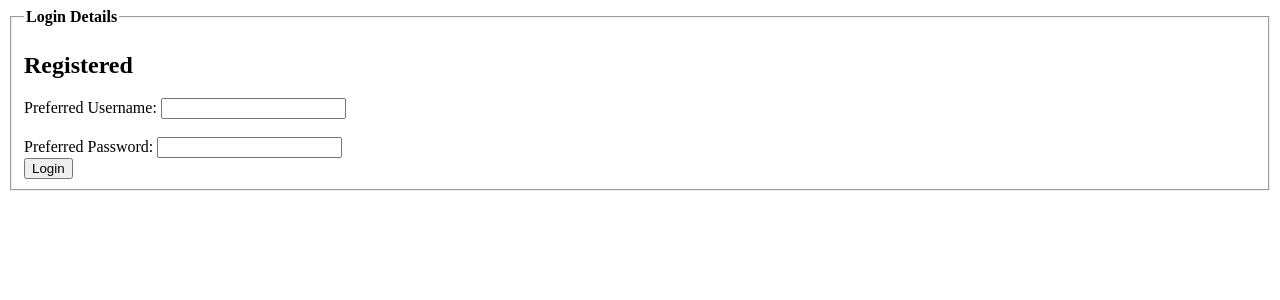
Repository: hizeetech/First-Assignment
Page: login.html
The author's editor kept a copy of each file at every save. The page is drawn from the files as they stood at one save, then again after the next save.
The browser window is 1280 px wide. The pictures show the whole page.

Above is the page before, as saved 2024-11-09 04:11:26.

### login.html
<!-- login.html -->
<!DOCTYPE html>
<html lang="en">
<head>
    <meta charset="UTF-8">
    <meta name="viewport" content="width=device-width, initial-scale=1.0">
    <title>Login Page</title>
</head>
<body>
    <div>
        <fieldset>
            <legend><b>Login Details</b></legend>
        <h2>Registered </h2>
        <form action="login.php" method="POST">
            <div>
                <label for="username">Preferred Username:</label>
                <input type="text" id="username" name="username" required>
            </div>
            <br>
            <div>
                <label for="password">Preferred Password:</label>
                <input type="password" id="password" name="password" required>
            </div>
            <button type="submit">Login</button>
        </form>
        </fieldset>
    </div>
</body>
</html>

After the next save:
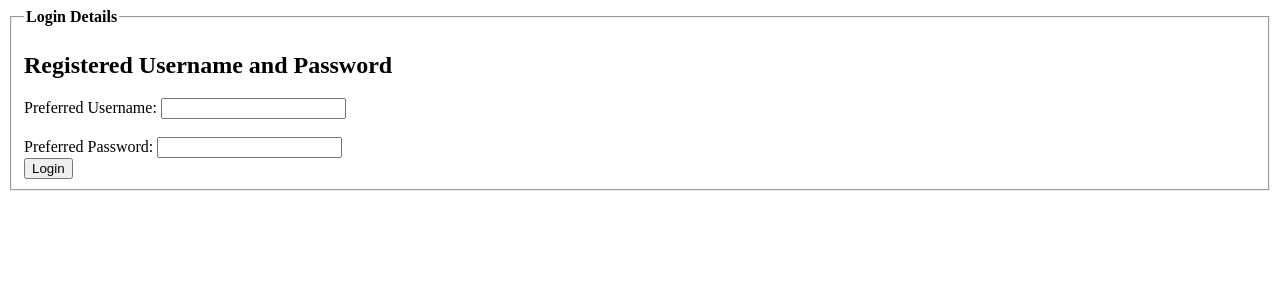
Saved 6 s later.
--- a/login.html
+++ b/login.html
@@ -10,7 +10,7 @@
     <div>
         <fieldset>
             <legend><b>Login Details</b></legend>
-        <h2>Registered </h2>
+        <h2>Registered Username and Password</h2>
         <form action="login.php" method="POST">
             <div>
                 <label for="username">Preferred Username:</label>
